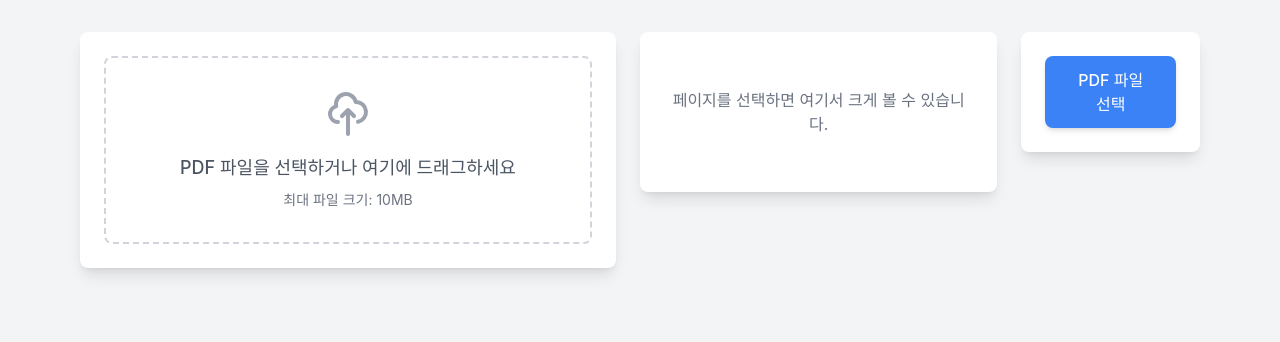
Repository: orcaCrew/PDF-Handler
Page: /
These files come from the project's save history. The page is drawn as it stood at one moment and after the next save; the edit follows.
The browser window is 1280 px wide. The pictures show the whole page.
The project was rebuilt for these pictures with package versions that can differ from the ones it lists, and the page was loaded fresh each time.

Above is the page before, as saved 2025-07-18 16:21:33.

### public/index.html
<!DOCTYPE html>
<html lang="ko">
  <head>
    <meta charset="utf-8" />
    <link rel="icon" href="%PUBLIC_URL%/favicon.ico" />
    <meta name="viewport" content="width=device-width, initial-scale=1" />
    <meta name="theme-color" content="#000000" />
    <meta
      name="description"
      content="PDF 파일 미리보기 애플리케이션"
    />
    <title>PDF 미리보기</title>
  </head>
  <body>
    <noscript>이 앱을 실행하려면 JavaScript를 활성화해야 합니다.</noscript>
    <div id="root"></div>
  </body>
</html>

### src/App.js
import React, { useState, useRef, useEffect } from 'react';
import { Document, Page, pdfjs } from 'react-pdf';
import 'react-pdf/dist/esm/Page/AnnotationLayer.css';
import 'react-pdf/dist/esm/Page/TextLayer.css';

pdfjs.GlobalWorkerOptions.workerSrc = `//cdnjs.cloudflare.com/ajax/libs/pdf.js/${pdfjs.version}/pdf.worker.min.js`;

function App() {
  const [file, setFile] = useState(null);
  const [numPages, setNumPages] = useState(null);
  const [pageNumber, setPageNumber] = useState(1);
  const [loading, setLoading] = useState(false);
  const [isDragOver, setIsDragOver] = useState(false);
  const [loadedPages, setLoadedPages] = useState(new Set());
  const [displayedPages, setDisplayedPages] = useState(3); // lazy 로드 시작 수
  const fileInputRef = useRef(null);
  const loaderRef = useRef(null); // 스크롤 lazy 트리거용

  // Intersection Observer로 lazy loading 구현
  useEffect(() => {
    if (!loaderRef.current) return;
    const observer = new IntersectionObserver(
      ([entry]) => {
        if (entry.isIntersecting && numPages && displayedPages < numPages) {
          setDisplayedPages(prev => Math.min(prev + 3, numPages));
        }
      },
      { threshold: 1 }
    );
    observer.observe(loaderRef.current);
    return () => observer.disconnect();
  }, [displayedPages, numPages]);

  const onFileChange = (event) => {
    const { files } = event.target;
    if (files && files[0]) {
      setFile(files[0]);
      setPageNumber(1);
      setLoadedPages(new Set());
      setDisplayedPages(3);
    }
    event.target.value = '';
  };

  const handleDragOver = (e) => {
    e.preventDefault();
    setIsDragOver(true);
  };

  const handleDragLeave = (e) => {
    e.preventDefault();
    setIsDragOver(false);
  };

  const handleDrop = (e) => {
    e.preventDefault();
    setIsDragOver(false);
    const droppedFiles = e.dataTransfer.files;
    if (droppedFiles && droppedFiles[0]) {
      const droppedFile = droppedFiles[0];
      if (droppedFile.type === 'application/pdf') {
        setFile(droppedFile);
        setPageNumber(1);
        setLoadedPages(new Set());
        setDisplayedPages(3);
      } else {
        alert('PDF 파일만 업로드 가능합니다.');
      }
    }
  };

  const onDocumentLoadSuccess = ({ numPages }) => {
    setNumPages(numPages);
    setLoading(false);
  };

  const onDocumentLoadError = (error) => {
    console.error('PDF 로드 오류:', error);
    setLoading(false);
  };

  const onPageLoadSuccess = (pageNumber) => {
    setLoadedPages(prev => {
      const newSet = new Set([...prev, pageNumber]);
      return newSet;
    });
  };

  return (
    <div className="min-h-screen bg-gray-100 py-8">
      <div className="max-w-6xl mx-auto px-4 space-y-6">
        <div className="flex flex-col lg:flex-row gap-6">
          {/* 미리보기 영역 */}
          <div className="lg:w-3/5">
            <div className="bg-white rounded-lg shadow-lg p-6">
              {file ? (
                <div className="space-y-6">
                  <div className="flex items-center justify-between">
                    <h2 className="text-xl font-semibold text-gray-800">
                      {file.name}
                    </h2>
                    <div className="text-gray-600">
                      총 {numPages || '...'} 페이지
                    </div>
                  </div>

                  <div className="space-y-4 max-h-[40rem] overflow-y-auto">
                    {loading && (
                      <div className="flex items-center justify-center p-8">
                        <div className="animate-spin rounded-full h-8 w-8 border-b-2 border-blue-500"></div>
                        <span className="ml-2 text-gray-600">PDF 로딩 중...</span>
                      </div>
                    )}

                    <Document
                      file={file}
                      onLoadSuccess={onDocumentLoadSuccess}
                      onLoadError={onDocumentLoadError}
                      onLoadStart={() => setLoading(true)}
                      loading={
                        <div className="flex items-center justify-center p-8">
                          <div className="animate-spin rounded-full h-8 w-8 border-b-2 border-blue-500"></div>
                          <span className="ml-2 text-gray-600">PDF 로딩 중...</span>
                        </div>
                      }
                    >
                      {numPages &&
                        Array.from(
                          new Array(Math.min(displayedPages, numPages)),
                          (el, index) => (
                            <div
                              key={`page_${index + 1}`}
                              className={`border-2 rounded-lg p-4 bg-white hover:shadow-md transition-shadow cursor-pointer ${
                                pageNumber === index + 1
                                  ? 'border-blue-500 bg-blue-50'
                                  : 'border-gray-200'
                              }`}
                              onClick={() => setPageNumber(index + 1)}
                            >
                              <div className="flex items-center space-x-4">
                                <div className="flex-shrink-0">
                                  <Page
                                    pageNumber={index + 1}
                                    width={120}
                                    renderTextLayer={false}
                                    renderAnnotationLayer={false}
                                    onLoadSuccess={() => onPageLoadSuccess(index + 1)}
                                    loading={
                                      <div className="w-30 h-40 bg-gray-200 rounded flex items-center justify-center">
                                        <div className="animate-spin rounded-full h-6 w-6 border-b-2 border-blue-500"></div>
                                      </div>
                                    }
                                  />
                                </div>
                                <div className="flex-1">
                                  <h3 className="text-lg font-semibold text-gray-800">
                                    {index + 1} 페이지
                                  </h3>
                                </div>
                              </div>
                            </div>
                          )
                        )}
                    </Document>

                    {/* lazy-load 트리거 */}
                    <div ref={loaderRef} className="h-12" />
                  </div>
                </div>
              ) : (
                <div
                  className={`border-2 border-dashed rounded-lg p-8 text-center transition-colors h-full flex items-center justify-center ${
                    isDragOver
                      ? 'border-blue-500 bg-blue-50'
                      : 'border-gray-300 hover:border-blue-400'
                  }`}
                  onDragOver={handleDragOver}
                  onDragLeave={handleDragLeave}
                  onDrop={handleDrop}
                >
                  <label
                    htmlFor="file-upload"
                    className="cursor-pointer flex flex-col items-center"
                  >
                    <svg
                      className="w-12 h-12 text-gray-400 mb-4"
                      fill="none"
                      stroke="currentColor"
                      viewBox="0 0 24 24"
                    >
                      <path
                        strokeLinecap="round"
                        strokeLinejoin="round"
                        strokeWidth={2}
                        d="M7 16a4 4 0 01-.88-7.903A5 5 0 1115.9 6L16 6a5 5 0 011 9.9M15 13l-3-3m0 0l-3 3m3-3v12"
                      />
                    </svg>
                    <span className="text-lg font-medium text-gray-600">
                      PDF 파일을 선택하거나 여기에 드래그하세요
                    </span>
                    <span className="text-sm text-gray-500 mt-2">
                      최대 파일 크기: 10MB
                    </span>
                  </label>
                </div>
              )}
            </div>
          </div>

          {/* 선택된 페이지 크게 보기 영역 */}
          <div className="lg:w-2/5">
            <div className="bg-white rounded-lg shadow-lg p-6">
              {file && pageNumber ? (
                <div className="space-y-4">
                  <div className="flex items-center justify-between">
                    <h3 className="text-lg font-semibold text-gray-800">
                      선택된 페이지
                    </h3>
                    <span className="text-sm text-gray-600">
                      {pageNumber} / {numPages}
                    </span>
                  </div>

                  <div className="flex justify-center">
                    <div className="border border-gray-300 rounded-lg shadow-lg bg-white">
                      <Document
                        file={file}
                        onLoadSuccess={onDocumentLoadSuccess}
                        onLoadError={onDocumentLoadError}
                        onLoadStart={() => setLoading(true)}
                        loading={
                          <div className="flex items-center justify-center p-8">
                            <div className="animate-spin rounded-full h-8 w-8 border-b-2 border-blue-500"></div>
                            <span className="ml-2 text-gray-600">PDF 로딩 중...</span>
                          </div>
                        }
                      >
                        <Page
                          pageNumber={pageNumber}
                          width={Math.min(window.innerWidth * 0.4 - 100, 600)}
                          renderTextLayer={false}
                          renderAnnotationLayer={false}
                        />
                      </Document>
                    </div>
                  </div>
                </div>
              ) : (
                <div className="text-center text-gray-500 py-8">
                  <p>페이지를 선택하면 여기서 크게 볼 수 있습니다.</p>
                </div>
              )}
            </div>
          </div>

          {/* 선택 버튼 영역 */}
          <div className="lg:w-1/5">
            <div className="bg-white rounded-lg shadow-lg p-6">
              <div className="flex justify-center">
                <button
                  onClick={() => {
                    fileInputRef.current?.click();
                  }}
                  className="px-6 py-3 bg-blue-500 text-white rounded-lg hover:bg-blue-600 transition-colors font-medium shadow-md"
                >
                  {file ? 'PDF 파일 변경' : 'PDF 파일 선택'}
                </button>
              </div>
              <input
                ref={fileInputRef}
                type="file"
                accept=".pdf"
                onChange={onFileChange}
                className="hidden"
                id="file-upload"
              />
            </div>
          </div>
        </div>
      </div>
    </div>
  );
}

export default App;

Loaded but not shown: src/index.js (common file); src/index.css (common file); tailwind.config.js (common file)

After the next save:
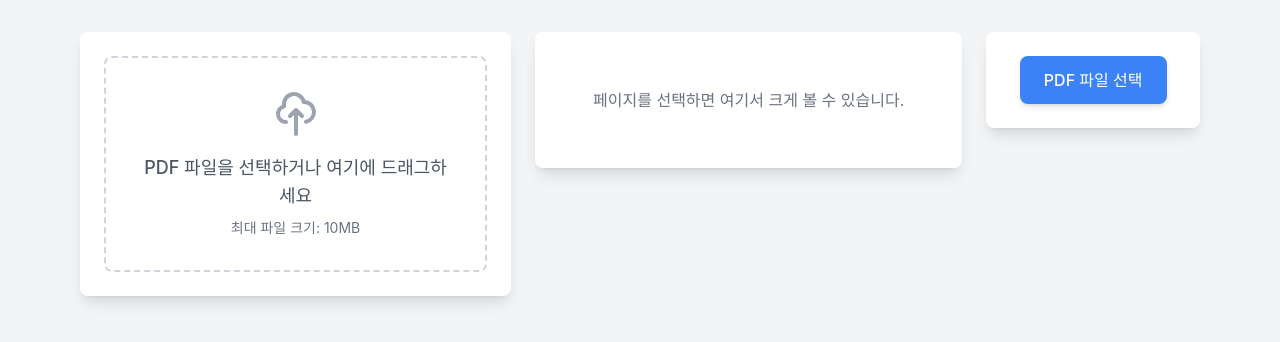
Saved 95 s later.
--- a/src/App.js
+++ b/src/App.js
@@ -91,7 +91,7 @@ function App() {
       <div className="max-w-6xl mx-auto px-4 space-y-6">
         <div className="flex flex-col lg:flex-row gap-6">
           {/* 미리보기 영역 */}
-          <div className="lg:w-3/5">
+          <div className="lg:w-3/10">
             <div className="bg-white rounded-lg shadow-lg p-6">
               {file ? (
                 <div className="space-y-6">
